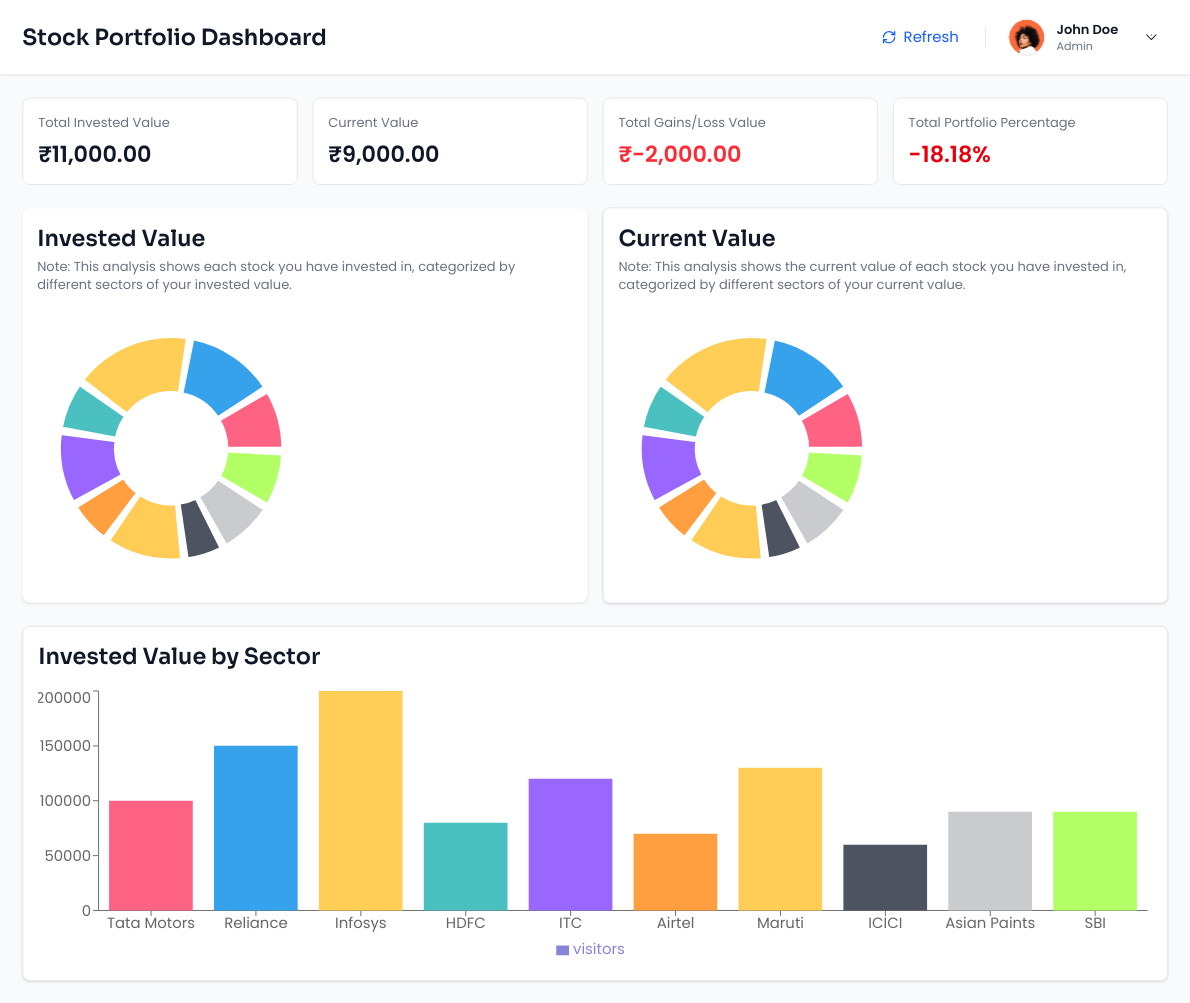
Repository: jabir12-12/inten-project
Page: /
The author's editor kept a copy of each file at every save. The page is drawn from the files as they stood at one save, then again after the next save.
The browser window is 1280 px wide. The pictures show the whole page, at 93% of full size.
The project was rebuilt for these pictures with package versions that can differ from the ones it lists, and the page was loaded fresh each time. The framework's server and built-in components were replaced by stand-ins that run in the browser. Also part of the build but not shown: next.config.ts.

Above is the page before, as saved 2025-05-17 15:32:21.

### src/pages/index.tsx
'use client';
import React, { useState } from 'react';
import Image from 'next/image';
import { RefreshCw, } from "lucide-react";
import { Bar, BarChart, CartesianGrid, Legend, ResponsiveContainer, Tooltip, TooltipProps, XAxis, YAxis } from "recharts";
import { PieChart, Pie, Cell } from 'recharts';

interface PieTooltipProps extends TooltipProps<number, string> {
  active?: boolean;
  payload?: any[];
}

const Investedvalue = [
  { name: "Tata Motors", visitors: 100000, percentage: 10, fill: "#FF6384" },
  { name: "Reliance", visitors: 150000, percentage: 15, fill: "#36A2EB" },
  { name: "Infosys", visitors: 200000, percentage: 20, fill: "#FFCE56" },
  { name: "HDFC", visitors: 80000, percentage: 8, fill: "#4BC0C0" },
  { name: "ITC", visitors: 120000, percentage: 12, fill: "#9966FF" },
  { name: "Airtel", visitors: 70000, percentage: 7, fill: "#FF9F40" },
  { name: "Maruti", visitors: 130000, percentage: 13, fill: "#FFCD56" },
  { name: "ICICI", visitors: 60000, percentage: 6, fill: "#4D5360" },
  { name: "Asian Paints", visitors: 90000, percentage: 9, fill: "#C9CBCF" },
  { name: "SBI", visitors: 90000, percentage: 9, fill: "#B2FF66" },
];


// Calculate total invested amount
const totalInvested = Investedvalue.reduce((sum, stock) => sum + stock.visitors, 0);

// Prepare data with percentage for Pie chart
const pieChartFormattedData = Investedvalue.map((stock) => ({
  name: stock.name,
  visitors: stock.visitors,
  fill: stock.fill,
  percentage: ((stock.visitors / totalInvested) * 100).toFixed(2),
}));

const CustomPieTooltip: React.FC<PieTooltipProps> = ({ active, payload }) => {
  if (active && payload && payload.length) {
    const {
      name,
      value,
      payload: { fill, visitors },
    } = payload[0];

    return (
      <div
        className="flex flex-row items-center justify-between w-40"
        style={{
          backgroundColor: 'white',
          border: '1px solid #EAECF0',
          borderRadius: '8px',
          padding: '10px',
          boxShadow: "0px 4px 8px rgba(0, 0, 0, 0.1)"
        }}
      >
        <div className="flex flex-row items-center">
          <span style={{
            display: 'inline-block',
            width: '12px',
            height: '12px',
            borderRadius: '50%',
            backgroundColor: fill,
            marginRight: '8px'
          }} />
          <p className="flex items-center text-sm font-semibold text-[#667085]">{name}</p>
        </div>
        <p className="text-[0.938rem] font-semibold text-[#1D2939]">
          ₹{(visitors ?? value ?? 0).toLocaleString("en-IN")}
        </p>
      </div>
    );
  }
  return null;
};


export default function Home() {
  const [loading, setLoading] = useState(false)
  const investedValue = 11000;
  const currentValue = 9000;

  const gainLoss = currentValue - investedValue;
  const isGain = gainLoss >= 0;
  // this convert the text into Indian Rupee format
  const gainLossText = `₹${gainLoss.toLocaleString("en-IN", {
    minimumFractionDigits: 2,
  })}`;


  return (
    <div className="bg-gray-50 min-h-screen flex flex-col">
      {/* Header */}
      <header className="sticky top-0 z-10 flex justify-between px-4 md:px-6 py-3 md:py-4 bg-white border-b border-gray-200 shadow-sm items-center">
        <div className="flex items-center">
          <h1 className="text-gray-900 font-semibold text-xl md:text-2xl">Stock Portfolio Dashboard</h1>
        </div>
        <div className="flex items-center gap-2 md:gap-4">
          <button
            onClick={() => setLoading(true)}
            className="flex items-center  text-blue-600 hover:text-blue-800 px-3 py-1 rounded-md gap-2 cursor-pointer"
            disabled={loading}
          >
            <RefreshCw className={`w-4 h-4 ${loading ? "animate-spin" : ""}`} />
            <span>{loading ? "Refreshing..." : "Refresh"}</span>
          </button>
          <div className="hidden md:block bg-gray-200 h-6 w-px"></div>
          <div className="flex items-center gap-2 md:gap-3 cursor-pointer rounded-md px-2 py-1 hover:bg-gray-100 transition-colors">
            {/* Avatar: always visible */}
            <div className="h-8 w-8 md:h-10 md:w-10 overflow-hidden rounded-full border border-gray-200 shrink-0">
              <Image
                src="/images/Ellipse 1534 (6).svg"
                alt="User profile"
                className="h-full w-full object-cover"
                width={40}
                height={40}
              />
            </div>
            {/* Name and Role: hidden on small screens */}
            <div className="hidden md:flex flex-col min-w-[80px]">
              <span className="text-gray-900 text-sm font-semibold truncate">John Doe</span>
              <span className="text-gray-500 text-xs truncate">Admin</span>
            </div>
            {/* Dropdown Icon: visible always, aligned nicely */}
            <div className="flex items-center justify-center h-5 w-5">
              <Image
                src="/images/Frame (21).svg"
                alt="Dropdown icon"
                width={20}
                height={20}
              />
            </div>
          </div>
        </div>
      </header>
      {/* Main  Body */}
      <div className="flex-1 px-4 py-6 overflow-auto flex flex-col gap-6 md:px-6">
        <div className="flex flex-wrap gap-4 justify-between">
          {/* Total Invested Value */}
          <button className="flex flex-1 min-w-[240px] p-4 flex-col gap-2 border border-gray-200 rounded-lg bg-white transition-all duration-300 ease-in-out hover:shadow-[0_4px_20px_rgba(255,182,193,0.5)] hover:border-[#D6BBFB] hover:scale-[1.03] active:scale-[0.98]">
            <span className="text-gray-500 text-sm">Total Invested Value</span>
            <span className="text-gray-900 text-2xl font-semibold">
              ₹{investedValue.toLocaleString("en-IN", {
                minimumFractionDigits: 2,
              })}
            </span>
          </button>

          {/* Current Value */}
          <button className="flex flex-1 min-w-[240px] p-4 flex-col gap-2 border border-gray-200 rounded-lg bg-white transition-all duration-300 ease-in-out hover:shadow-[0_4px_20px_rgba(255,182,193,0.5)] hover:border-[#D6BBFB] hover:scale-[1.03] active:scale-[0.98]">
            <span className="text-gray-500 text-sm">Current Value</span>
            <span className="text-gray-900 text-2xl font-semibold">
              ₹{currentValue.toLocaleString("en-IN", {
                minimumFractionDigits: 2,
              })}
            </span>
          </button>

          {/* Total Gain/Loss */}
          <button className="flex flex-1 min-w-[240px] p-4 flex-col gap-2 border border-gray-200 rounded-lg bg-white transition-all duration-300 ease-in-out hover:shadow-[0_4px_20px_rgba(255,182,193,0.5)] hover:border-[#D6BBFB] hover:scale-[1.03] active:scale-[0.98]">
            <span className="text-gray-500 text-sm">Total Gains/Loss Value</span>
            <span
              className={`text-2xl font-semibold ${isGain ? "text-green-600" : "text-red-500"
                }`}
            >
              {gainLossText}
            </span>
          </button>

          {/* Portfolio Percentage (optional placeholder) */}
          <button className="flex flex-1 min-w-[240px] p-4 flex-col gap-2 border border-gray-200 rounded-lg bg-white transition-all duration-300 ease-in-out hover:shadow-[0_4px_20px_rgba(255,182,193,0.5)] hover:border-[#D6BBFB] hover:scale-[1.03] active:scale-[0.98]">
            <span className="text-gray-500 text-sm">Total Portfolio Percentage</span>
            <span className={`text-2xl font-semibold ${currentValue >= investedValue ? 'text-green-600' : 'text-red-600'}`}>
              {(((currentValue - investedValue) / investedValue) * 100).toFixed(2)}%
            </span>
          </button>

        </div>
        <div className='flex flex-row w-full  items-center  gap-4 justify-between'>
          <div className='flex flex-col w-1/2 gap-4 order border-gray-200 rounded-lg p-4  bg-white shadow-sm'>
            <div className='flex flex-col gap-1'>
              <h1 className="text-gray-900 font-semibold text-xl md:text-2xl">Invested Value</h1>
              <span className="text-gray-500 text-sm">
                Note: This analysis shows each stock you have invested in, categorized by different sectors of your invested value.
              </span>
            </div>
            <ResponsiveContainer width="50%" height={300} className="flex">
              <PieChart>
                <Tooltip content={<CustomPieTooltip />} cursor={false} />
                <Pie
                  data={pieChartFormattedData}
                  dataKey="visitors"
                  nameKey="name"
                  innerRadius={60}
                  outerRadius={120}
                  stroke="#FFFFFF"
                  strokeWidth={3}
                  paddingAngle={3}
                >
                  {pieChartFormattedData.map((entry, index) => (
                    <Cell key={`cell-${index}`} fill={entry.fill} />
                  ))}
                </Pie>
              </PieChart>
            </ResponsiveContainer>
          </div>
          <div className='flex flex-col w-1/2 gap-4 border border-gray-200 rounded-lg p-4 bg-white shadow-sm'>
            <div className='flex flex-col gap-1'>
              <h1 className="text-gray-900 font-semibold text-xl md:text-2xl">Current Value</h1>
              <span className="text-gray-500 text-sm">
                Note: This analysis shows the current value of each stock you have invested in, categorized by different sectors of your current value.
              </span>
            </div>
            <ResponsiveContainer width="50%" height={300} className="flex">
              <PieChart>
                <Tooltip content={<CustomPieTooltip />} cursor={false} />
                <Pie
                  data={pieChartFormattedData}
                  dataKey="visitors"
                  nameKey="name"
                  innerRadius={60}
                  outerRadius={120}
                  stroke="#FFFFFF"
                  strokeWidth={3}
                  paddingAngle={3}
                >
                  {pieChartFormattedData.map((entry, index) => (
                    <Cell key={`cell-${index}`} fill={entry.fill} />
                  ))}
                </Pie>
              </PieChart>
            </ResponsiveContainer>
          </div>
        </div>
        <div className='flex flex-col gap-4 border border-gray-200 rounded-lg p-4 bg-white shadow-sm'>
          <h1 className="text-gray-900 font-semibold text-xl md:text-2xl">Invested Value by Sector</h1>
          <ResponsiveContainer width="100%" height={300}>
            <BarChart data={Investedvalue}>
              <XAxis dataKey="name" />
              <YAxis />
              <Tooltip />
              <Legend />
              <Bar dataKey="visitors" fill="#8884d8" />
            </BarChart>
          </ResponsiveContainer>
        </div>

      </div>
    </div>


  );
}

### src/styles/globals.css
@import url('https://fonts.googleapis.com/css2?family=Poppins:wght@400;500;600&family=Inter:wght@400;500;600&family=Sora:wght@400;500;600;700;800&display=swap');
@import url('https://fonts.googleapis.com/css2?family=Inter:wght@400;700&display=swap');

@import "tailwindcss";

body {
  background-color: #f7f8fb;
  margin: 0;
  padding: 0;
  font-family: 'Poppins', sans-serif;
  justify-content: center;
  align-items: center;
  height: 100vh;
}

.video-js .vjs-playback-rate {
  font-size: 10px;
  transform: translateY(12px);
  /* Moves the button down by 10px */

}

.heading .head {
  font-family: 'Sora', sans-serif;
  font-size: 24px;
  /* Example size */
  font-weight: 700;
}

/* Example for other headings if needed */
h1,
h2,
h3,
h4,
h5,
h6 {
  font-family: 'Sora', sans-serif;
}

h3 {
  font-size: 18px;
  font-weight: 600;
}

/* Ensure that other text elements use Poppins */
p,
span,
div {
  font-family: 'Poppins', sans-serif;
}

.button {
  outline: none;
}

/* Custom scrollbar styles */

::-webkit-scrollbar {
  width: 7px;
  height: 7px;
}

::-webkit-scrollbar-thumb {
  background-color: rgba(234, 236, 240, 1);
  ;

  border-radius: 100px;
}

::-webkit-scrollbar-track {
  background: "white";

}

/* THIS IS FOR TEXT-EDITOR IN DISSCUSSION TAB --------------------------*/
.custom-quill .ql-container {
  border: none !important;
  /* Remove the border from the container */
}

.custom-quill .ql-editor {
  border: none !important;
  /* Ensure no border around the editor */
}

.custom-quill:focus {
  outline: none;
  /* Remove outline on focus */
}

.custom-quill .ql-editor {
  font-size: 16px;
  /* Set text size to 16px */
  font-family: 'Poppins', sans-serif;
  font-style: normal;
  /* Use the Poppins font */

}

.custom-quill .ql-editor:empty::before {

  /* Show placeholder */
  color: #667085;
  /* Placeholder color */
  font-family: 'Poppins', sans-serif;
  font-style: normal;
  /* Poppins font for placeholder */
  font-size: 16px;
  /* Placeholder size */
  position: absolute;
  /* Position it absolutely */
  left: 10px;
  /* Adjust according to your padding */
  top: 10px;
  /* Adjust according to your padding */
  pointer-events: none;
  /* Prevent interaction */
}

.custom-quill .ql-editor:focus::before {
  display: none;
  /* Hide placeholder on focus */
}

/* -------------------------------------------------- */
/* FOR TOOLTIP FOR TEST PAGE ONLY ->learn Tab */


.tooltipText {
  position: absolute;
  color: white;
  bottom: 125%;
  /* Position above the button */
  left: 50%;
  /* Center horizontally */
  transform: translateX(-50%);
  /* Adjust to center the tooltip */

  z-index: 3;
  background-color: #131313;
  box-shadow: 0 5px 10px rgba(0, 0, 0, 0.3);
  padding: 6px 14px;
  /* Padding inside the tooltip */
  width: 204px;
  /* Fixed width */
  height: auto;
  /* Hug content (height grows with content) */
  min-height: 78px;
  /* Minimum height */
  font-size: 15px;
  font-weight: 400;
  border-radius: 5px;
  white-space: normal;
  /* Allow text wrapping for longer content */
  opacity: 0;
  pointer-events: none;
  transition: all 0.4s ease;
}

.tooltip:hover .tooltipText {
  opacity: 1;
  pointer-events: auto;
  transform: translate(-50%, -10px);
  /* Move tooltip slightly up on hover */
}

.drawer-overlay {
  background-color: transparent !important;
  /* Makes the overlay transparent */
}

/* magic.module.css */
.customCheckbox input[type="checkbox"]:checked {
  background-color: #9012FF;
  border-color: #9012FF;
}

/* Add this to your global CSS file */
.ql-container .ql-editor img {
  cursor: pointer;
}

.image-resizer {
  border: 1px dashed #999;
  position: absolute;
}

.image-resizer .resize-handle {
  background-color: #fff;
  border: 1px solid #999;
  height: 8px;
  width: 8px;
  position: absolute;
}

.image-resizer .resize-handle.se {
  bottom: -5px;
  right: -5px;
  cursor: se-resize;
}

.image-resizer .resize-handle.sw {
  bottom: -5px;
  left: -5px;
  cursor: sw-resize;
}

.image-resizer .resize-handle.ne {
  top: -5px;
  right: -5px;
  cursor: ne-resize;
}

.image-resizer .resize-handle.nw {
  top: -5px;
  left: -5px;
  cursor: nw-resize;
}


@layer base {
  :root {
    --radius: 0.5rem;
    --chart-1: 12 76% 61%;
    --chart-2: 173 58% 39%;
    --chart-3: 197 37% 24%;
    --chart-4: 43 74% 66%;
    --chart-5: 27 87% 67%;
  }

  .dark {
    --chart-1: 220 70% 50%;
    --chart-2: 160 60% 45%;
    --chart-3: 30 80% 55%;
    --chart-4: 280 65% 60%;
    --chart-5: 340 75% 55%;
  }
}

Loaded but not shown: src/pages/_app.tsx (common file); src/pages/_document.tsx (common file)

After the next save:
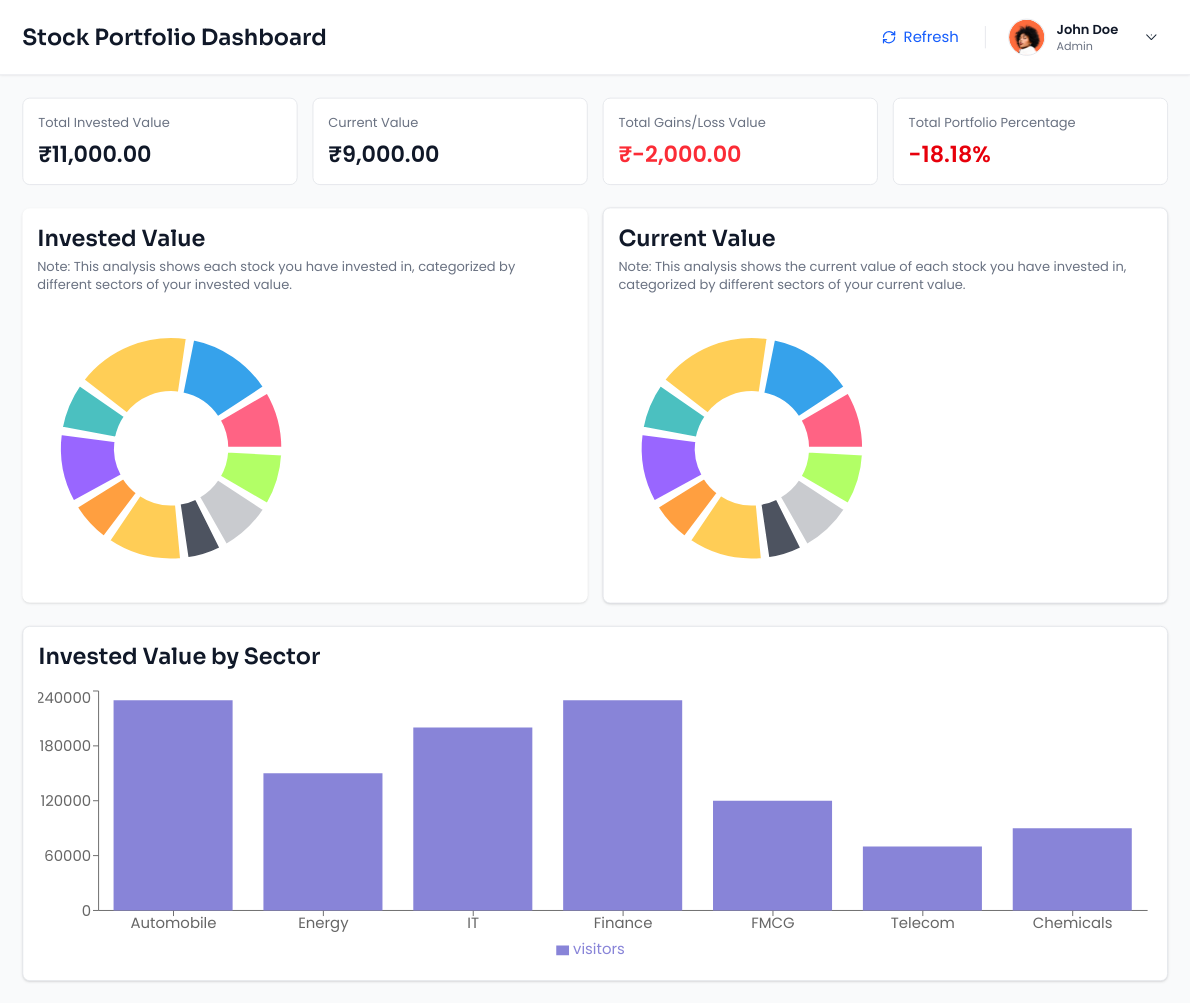
Saved 2 min 9 s later.
--- a/src/pages/index.tsx
+++ b/src/pages/index.tsx
@@ -11,17 +11,29 @@ interface PieTooltipProps extends TooltipProps<number, string> {
 }
 
 const Investedvalue = [
-  { name: "Tata Motors", visitors: 100000, percentage: 10, fill: "#FF6384" },
-  { name: "Reliance", visitors: 150000, percentage: 15, fill: "#36A2EB" },
-  { name: "Infosys", visitors: 200000, percentage: 20, fill: "#FFCE56" },
-  { name: "HDFC", visitors: 80000, percentage: 8, fill: "#4BC0C0" },
-  { name: "ITC", visitors: 120000, percentage: 12, fill: "#9966FF" },
-  { name: "Airtel", visitors: 70000, percentage: 7, fill: "#FF9F40" },
-  { name: "Maruti", visitors: 130000, percentage: 13, fill: "#FFCD56" },
-  { name: "ICICI", visitors: 60000, percentage: 6, fill: "#4D5360" },
-  { name: "Asian Paints", visitors: 90000, percentage: 9, fill: "#C9CBCF" },
-  { name: "SBI", visitors: 90000, percentage: 9, fill: "#B2FF66" },
+  { name: "Tata Motors", sector: "Automobile", visitors: 100000, percentage: 10, fill: "#FF6384" },
+  { name: "Reliance", sector: "Energy", visitors: 150000, percentage: 15, fill: "#36A2EB" },
+  { name: "Infosys", sector: "IT", visitors: 200000, percentage: 20, fill: "#FFCE56" },
+  { name: "HDFC", sector: "Finance", visitors: 80000, percentage: 8, fill: "#4BC0C0" },
+  { name: "ITC", sector: "FMCG", visitors: 120000, percentage: 12, fill: "#9966FF" },
+  { name: "Airtel", sector: "Telecom", visitors: 70000, percentage: 7, fill: "#FF9F40" },
+  { name: "Maruti", sector: "Automobile", visitors: 130000, percentage: 13, fill: "#FFCD56" },
+  { name: "ICICI", sector: "Finance", visitors: 60000, percentage: 6, fill: "#4D5360" },
+  { name: "Asian Paints", sector: "Chemicals", visitors: 90000, percentage: 9, fill: "#C9CBCF" },
+  { name: "SBI", sector: "Finance", visitors: 90000, percentage: 9, fill: "#B2FF66" },
 ];
+
+const sectorWiseData = Investedvalue.reduce((acc, curr) => {
+  const sector = curr.sector;
+  if (!acc[sector]) {
+    acc[sector] = { sector, visitors: 0 };
+  }
+  acc[sector].visitors += curr.visitors;
+  return acc;
+}, {} as Record<string, { sector: string; visitors: number }>);
+
+// Convert to array for BarChart
+const groupedBySector = Object.values(sectorWiseData);
 
 
 // Calculate total invested amount
@@ -235,8 +247,8 @@ export default function Home() {
         <div className='flex flex-col gap-4 border border-gray-200 rounded-lg p-4 bg-white shadow-sm'>
           <h1 className="text-gray-900 font-semibold text-xl md:text-2xl">Invested Value by Sector</h1>
           <ResponsiveContainer width="100%" height={300}>
-            <BarChart data={Investedvalue}>
-              <XAxis dataKey="name" />
+            <BarChart data={groupedBySector}>
+              <XAxis dataKey="sector" />
               <YAxis />
               <Tooltip />
               <Legend />
@@ -245,6 +257,7 @@ export default function Home() {
           </ResponsiveContainer>
         </div>
 
+
       </div>
     </div>
 
